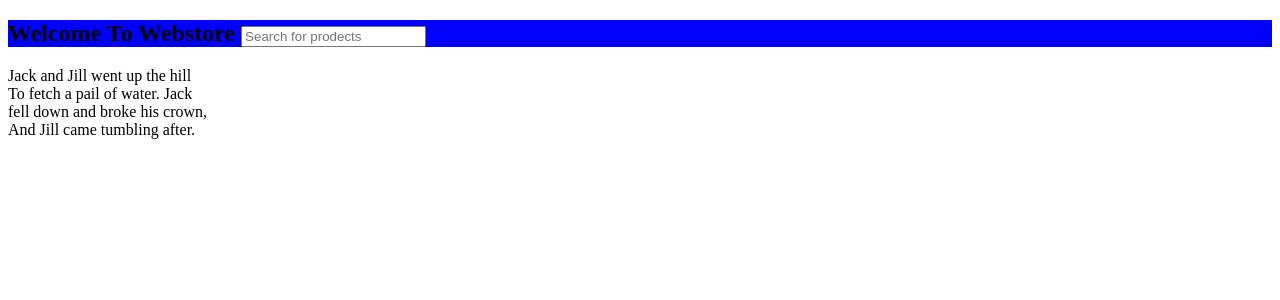
Repository: sourogithub/Final-yr-project-using-j2ee
Page: http://localhost/Webstore/JSP Pages/index.jsp
An editor plug-in stored every save of this project. The page is shown before and after the next save, followed by the edit.
The browser window is 1280 px wide. The pictures show the whole page.
The page is served by Tomcat 9.

Above is the page before, as saved 2017-04-11 07:22:11.

After the next save:
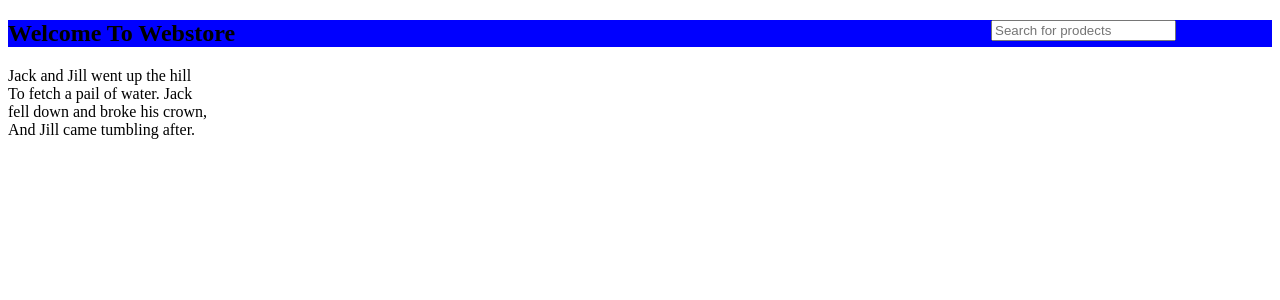
Saved 112 s later.
--- a/Webstore/WebContent/JSP Pages/index.jsp
+++ b/Webstore/WebContent/JSP Pages/index.jsp
@@ -10,7 +10,7 @@
 <body>
 <div id="top" style="background:blue">
 <h2>Welcome To Webstore
-<input type="text" placeholder="Search for prodects" required></h2>
+<input type="text" placeholder="Search for prodects" required style="position:absolute;right:104px; border-width:2;float: right"></h2>
 </div>
 <div id="mydiv" style="width:200px;background:white" onmouseover="this.style.background='gray';" onmouseout="this.style.background='white';">
     Jack and Jill went up the hill
